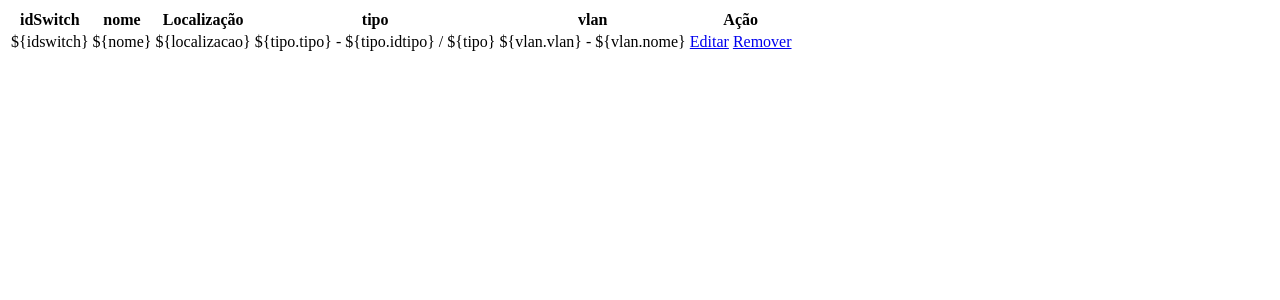
Repository: WilliamEstrela/trabalho1VA-PROG4
Page: CRUDLanManagerV5/WebContent/manterreprovacao/listartodos.html
These files come from the project's save history. The page is drawn as it stood at one moment and after the next save; the edit follows.
The browser window is 1280 px wide. The pictures show the whole page.

Above is the page before, as saved 2019-09-05 03:30:53.

### CRUDLanManagerV5/WebContent/manterreprovacao/listartodos.html
	<table class="table table-striped table-bordered table-hover">
		<tr>
			<th>idSwitch</th>
			<th>nome</th>
			<th>Localização</th>
			<th>tipo</th>
			<th>vlan</th>
			<th>Ação</th>
		</tr>
<!-- $beginBlock manterswitch -->
		<tr>
			<td>${idswitch}</td>
			<td>${nome}</td>
			<td>${localizacao}</td>
			<td>${tipo.tipo} - ${tipo.idtipo} / ${tipo}</td>
			<td>${vlan.vlan} - ${vlan.nome}</td>
			<td>
				<a href="sistema?casoDeUso=manterSwitch&acao=${acaoEditar}&idswitch=${idswitch}">Editar</a>
				<a href="sistema?casoDeUso=manterSwitch&acao=${acaoApagar}&idswitch=${idswitch}">Remover</a>
			</td>
		</tr>
<!-- $endBlock manterswitch -->
	</table>
<!-- $include ../geral/mensagemPadrao.html -->

After the next save:
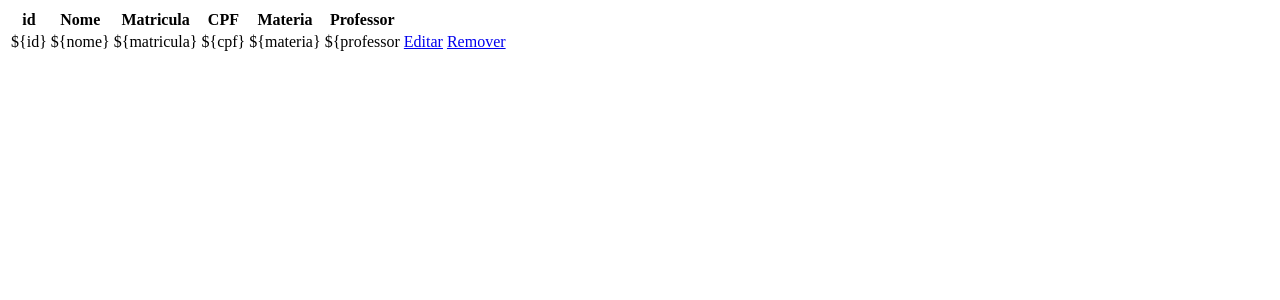
Saved 4 min 15 s later.
--- a/CRUDLanManagerV5/WebContent/manterreprovacao/listartodos.html
+++ b/CRUDLanManagerV5/WebContent/manterreprovacao/listartodos.html
@@ -1,24 +1,25 @@
 	<table class="table table-striped table-bordered table-hover">
 		<tr>
-			<th>idSwitch</th>
-			<th>nome</th>
-			<th>Localização</th>
-			<th>tipo</th>
-			<th>vlan</th>
-			<th>Ação</th>
+			<th>id</th>
+			<th>Nome</th>
+			<th>Matricula</th>
+			<th>CPF</th>
+			<th>Materia</th>
+			<th>Professor</th>
 		</tr>
-<!-- $beginBlock manterswitch -->
+<!-- $beginBlock manterReprovacao -->
 		<tr>
-			<td>${idswitch}</td>
+			<td>${id}</td>
 			<td>${nome}</td>
-			<td>${localizacao}</td>
-			<td>${tipo.tipo} - ${tipo.idtipo} / ${tipo}</td>
-			<td>${vlan.vlan} - ${vlan.nome}</td>
+			<td>${matricula}</td>
+			<td>${cpf}</td>
+			<td>${materia}</td>
+			<td>${professor</td>
 			<td>
-				<a href="sistema?casoDeUso=manterSwitch&acao=${acaoEditar}&idswitch=${idswitch}">Editar</a>
-				<a href="sistema?casoDeUso=manterSwitch&acao=${acaoApagar}&idswitch=${idswitch}">Remover</a>
+				<a href="sistema?casoDeUso=manterReprovacao&acao=${acaoEditar}&idswitch=${idswitch}">Editar</a>
+				<a href="sistema?casoDeUso=manterReprovacao&acao=${acaoApagar}&idswitch=${idswitch}">Remover</a>
 			</td>
 		</tr>
-<!-- $endBlock manterswitch -->
+<!-- $endBlock manterReprovacao -->
 	</table>
 <!-- $include ../geral/mensagemPadrao.html -->
